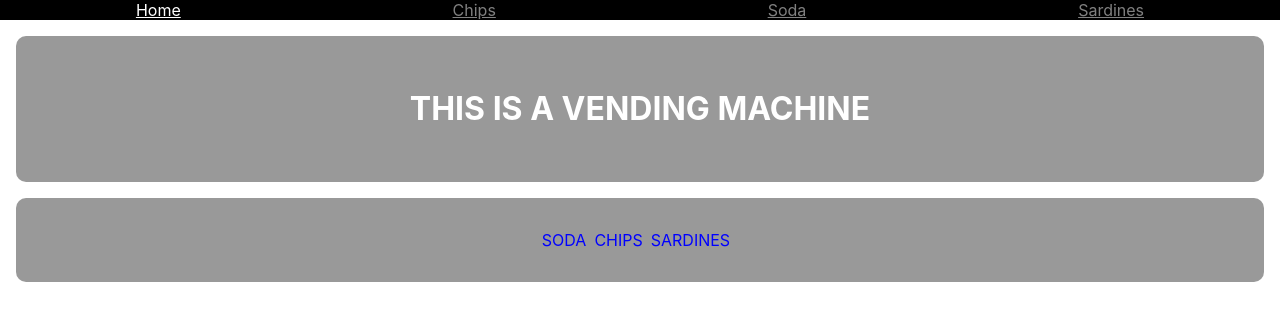
Repository: zhapar/vending-machine
Page: /
The author's editor kept a copy of each file at every save. The page is drawn from the files as they stood at one save, then again after the next save.
The browser window is 1280 px wide. The pictures show the whole page.
The project was rebuilt for these pictures with package versions that can differ from the ones it lists, and the page was loaded fresh each time. Also part of the build but not shown: src/Chips.js, src/Sardines.js, src/Soda.js.

Above is the page before, as saved 2020-09-01 18:58:55.

After the next save:
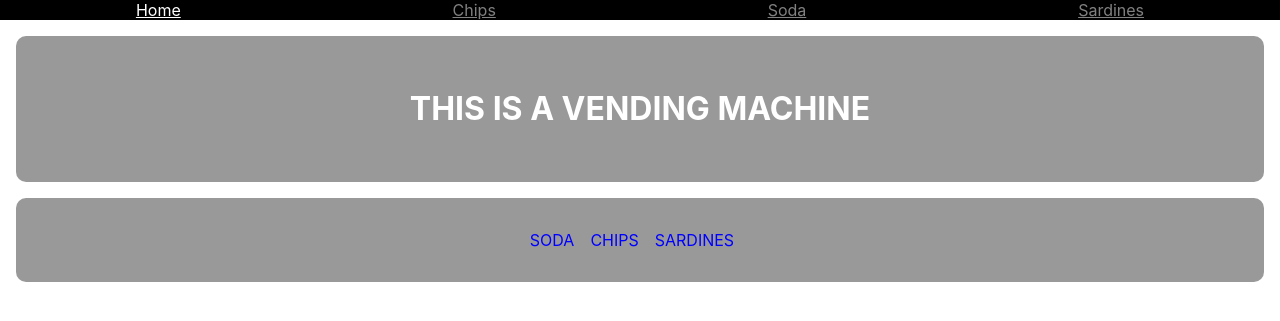
Saved 6 s later.
--- a/src/Message.css
+++ b/src/Message.css
@@ -11,5 +11,5 @@
 .Message a {
   color: blue;
   text-decoration: none;
-  margin-right: 0.5rem;
+  margin-right: 1rem;
 }
